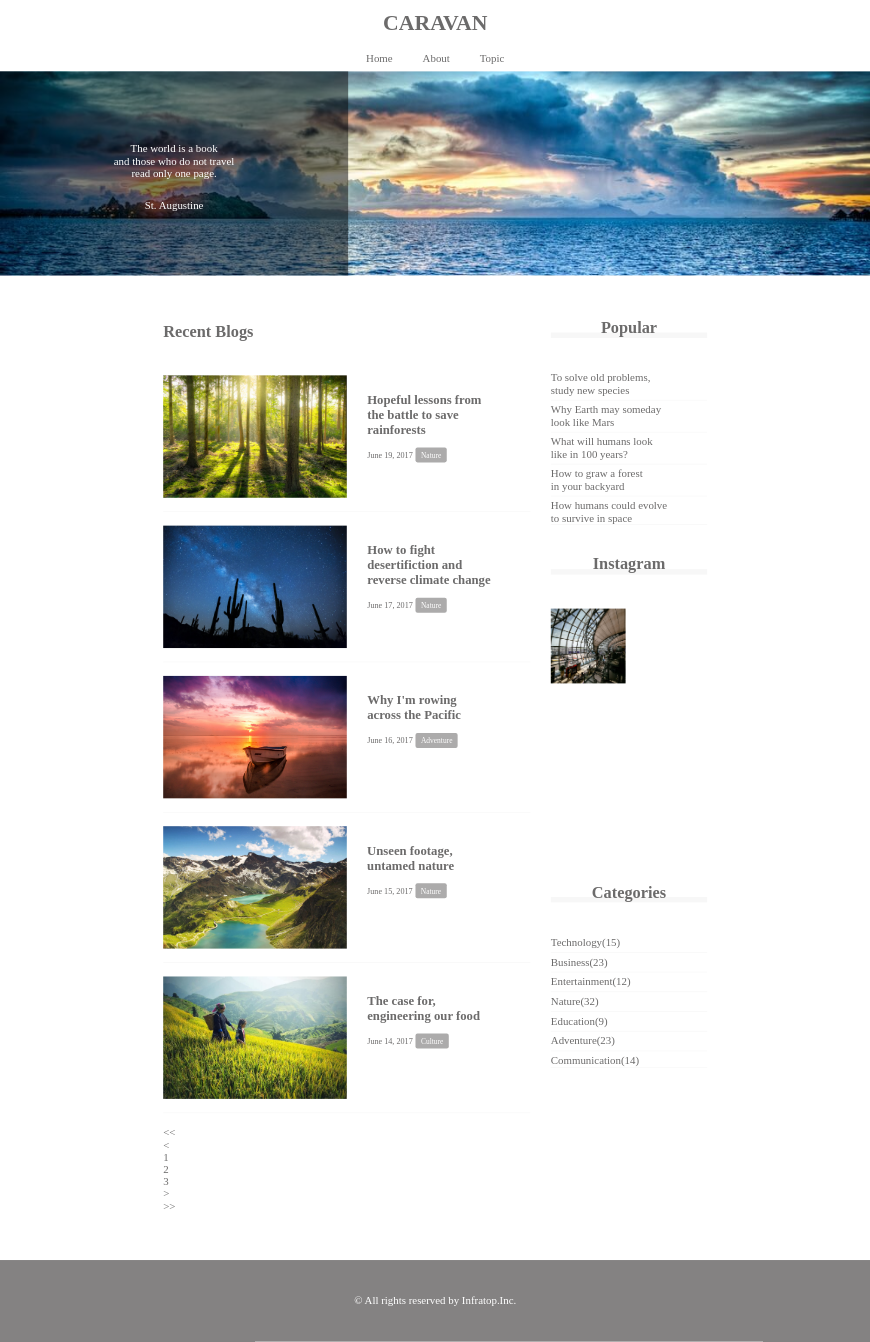
Repository: Yuya0829/HTML
Page: caravan/caravan3/index.html
The author's editor kept a record of every edit. The page is drawn from the files as they stood at one moment, then again after the next edit.
The browser window is 1280 px wide. The pictures show the whole page, at 68% of full size.

Above is the page before.

### caravan/caravan3/index.html
<!DOCTYPE html>
<html lang="ja">
  <head>
    <meta charset="UTF-8" />
    <link rel="stylesheet" href="style.css" />
    <title>CARAVAN</title>
  </head>

  <body>
    <!-- header -->
    <header>
      <h1 class="heading">
        <a href="index.html">
          CARAVAN
        </a>
      </h1>
    </header>

    <!-- navigation -->
    <nav>
      <ul class="nav-list">
        <li class="nav-list-item">
          <a href="index.html">Home</a>
        </li>
        <li class="nav-list-item">About</li>
        <li class="nav-list-item">Topic</li>
      </ul>
    </nav>

    <!-- main-visual -->
    <div class="main-visual">
      <div class="main-visual-content">
        <p class="main-visual-text">
          The world is a book<br />
          and those who do not travel<br />
          read only one page.
        </p>
        <p class="main-visual-name">
          St. Augustine
        </p>
      </div>
    </div>

    <!-- main -->
    <main>
      <section class="blog">
        <h2 class="blog-heading">Recent Blogs</h2>
        <div class="blog-box">
          <div class="blog-item">
            <img class="blog-image" src="img/forest.jpg" />
            <section class="blog-text">
              <h3 class="blog-text-heading">
               <a href="single.html">
                Hopeful lessons from<br>
                the battle to save<br>
                rainforests
              </a>
            </h3>
            <p class="blog-date">June 19, 2017</p>
            <span class="category">Nature</span>
          </section>
        </div>
          <div class="blog-item">
            <img class="blog-image" src="img/desert.jpg" />
            <section class="blog-text">
              <h3 class="blog-text-heading">
               <a href="single.html">
                How to fight<br />
                desertifiction and<br />
                reverse climate change
              </a>
            </h3>
            <p class="blog-date">June 17, 2017</p>
            <span class="category">Nature</span>
          </section>
        </div>
        <div class="blog-item">
            <img class="blog-image" src="img/sunset.jpg" />
            <section class="blog-text">
              <h3 class="blog-text-heading">
               <a href="single.html">
                Why I'm rowing<br />
                across the Pacific
              </a>
            </h3>
            <p class="blog-date">June 16, 2017</p>
            <span class="category">Adventure</span>
          </section>
        </div>
        <div class="blog-item">
            <img class="blog-image" src="img/italy.jpg" />
            <section class="blog-text">
              <h3 class="blog-text-heading">
               <a href="single.html">
                Unseen footage,<br />
                untamed nature
              </a>
            </h3>
            <p class="blog-date">June 15, 2017</p>
            <span class="category">Nature</span>
          </section>
        </div>
        <div class="blog-item">
            <img class="blog-image" src="img/asia.jpg" />
            <section class="blog-text">
              <h3 class="blog-text-heading">
               <a href="single.html">
                The case for,<br />
                engineering our food
              </a>
            </h3>
            <p class="blog-date">June 14, 2017</p>
            <span class="category">Culture</span>
          </section>
        </div>
      </div>
      <div class="pagination">
        <p><<</p>
        <p><</p>
        <p>1</p>
        <p>2</p>
        <p>3</p>
        <p>></p>
        <p>>></p>
      </div>
      </section>

      <div class="sidebar">
        <section class="popular">
          <h2 class="popular-heading common-heading">Popular</h2>
          <div class="sidebar-contents">
            <p class="popular-text">To solve old problems,<br>study new species</p>
            <p class="popular-text">Why Earth may someday<br>look like Mars</p>
            <p class="popular-text">What will humans look<br>like in 100 years?</p>
            <p class="popular-text">How to graw a forest<br>in your backyard</p>
            <p class="popular-text">How humans could evolve<br>to survive in space</p>
          </div>
        </section>
        <section class="instagram">
          <h2 class="instagram-heading common-heading">Instagram</h2>
          <div class="sidebar-contents">
            <div class="instagram-box"></div>
            <div class="instagram-box"></div>
            <div class="instagram-box"></div>
            <div class="instagram-box"></div>
            <div class="instagram-box"></div>
            <div class="instagram-box"></div>
          </div>
        </section>
        <section class="categorise">
          <h2 class="categorise-heading common-heading">Categories</h2>
          <div class="sidebar-contents">
            <p class="categorise-text">Technology(15)</p>
            <p class="categorise-text">Business(23)</p>
            <p class="categorise-text">Entertainment(12)</p>
            <p class="categorise-text">Nature(32)</p>
            <p class="categorise-text">Education(9)</p>
            <p class="categorise-text">Adventure(23)</p>
            <p class="categorise-text">Communication(14)</p>
          </div>
        </section>
      </div>
    </main>

    <!-- footer -->
    <footer>
      <p class="footer-text">© All rights reserved by Infratop.Inc.</p>
    </footer>

  </body>
</html

### caravan/caravan3/style.css
* {
  margin: 0;
  padding: 0;
  box-sizing: border-box;
  color: #6c6b6b;
}

a {
  text-decoration: none;
}

header {
  width: 90%;
  padding: 15px 0;
  margin: 0 auto;
  text-align: center
}

header .heading {
  font-size: 32px;
}

.nav-list {
  text-align: center;
  padding: 10px 0;
  margin: 0 auto;
}

.nav-list-item {
  list-style: none;
  display: inline-block;
  margin: 0 20px;
}

.main-visual {
  width: 100%;
  height: 300px;
  background-image: url(img/mv.jpg);
  background-size: cover;
  background-position: center;
}

.main-visual-content {
  width: 40%;
  height: 300px;
  background-color: rgba(0,0,0,0.5);
  text-align: center;
  padding-top: 105px;
}

.main-visual-text {
  color: #fff;
}

.main-visual-name {
  margin-top: 30px;
  color: #fff;
}
main {
  width: 800px;
  display: flex;
  justify-content: center;
  margin: 0 auto;
  padding: 70px 0;
}

.blog {
  width: 540px;
  margin-right: 30px;
}

.blog-heeading {
  border-bottom: 8px solid #f7f7f7;
  text-align: center;
  line-height: 0.6;
}

.blog-box {
  padding-top: 50px;
}


.blog-item {
  padding-bottom: 20px;
  margin-bottom: 20px;
  border-bottom: 1px solid #f7f7f7;
  display: flex;
  justify-content: flex-start;
}

.blog-image {
  height: 180px;
}

.blog-text {
  padding: 25px 0 0 30px;
}

.blog-text-heading {
  padding-bottom: 15px;
}

.blog-date {
  font-size: 12px;
  display: inline-block;
}

.category {
  display: inline-block;
  padding: 5px 8px;
  background-color: #acabab;
  border-radius: 3px;
  color: #fff;
  font-size: 11px;
}

.sidebar {
  width: 230px;
}

.common-heading {
  border-bottom: 8px solid #f7f7f7;
  text-align: center;
  line-height: 0.6;
}

.sidebar-contents {
  padding: 50px 0;
}

.popular-text,
.categorise-text {
  padding-bottom: 5px;
  border-bottom: 1px solid #f7f7f7;
  margin-bottom: 5px;
}

.popular-text:last-child,
.categorise-text:last-child {
  margin: 0;
  padding: 0;
  border; none;
}

.instagram .sidebar-contents {
  display: flex;
  flex-wrap: wrap;
}

.instagram-box {
  width: 110px;
  padding-top: 110px;
  background-size: cover;
  background-position: center;
  margin-bottom: 10px;
}

.instagram-box:nth-child(odd) {
  margin-right: 10px;
}

.instagram-box:nth-child(1) {
  background-image: url(img/airport.jpg);
}

footer {
  width: 100%;
  height: 120px;
  text-align: center;
  line-height: 120px;
  background-color: #848282;
}

.footer-text {
  color: #fff;
}

After the next edit:
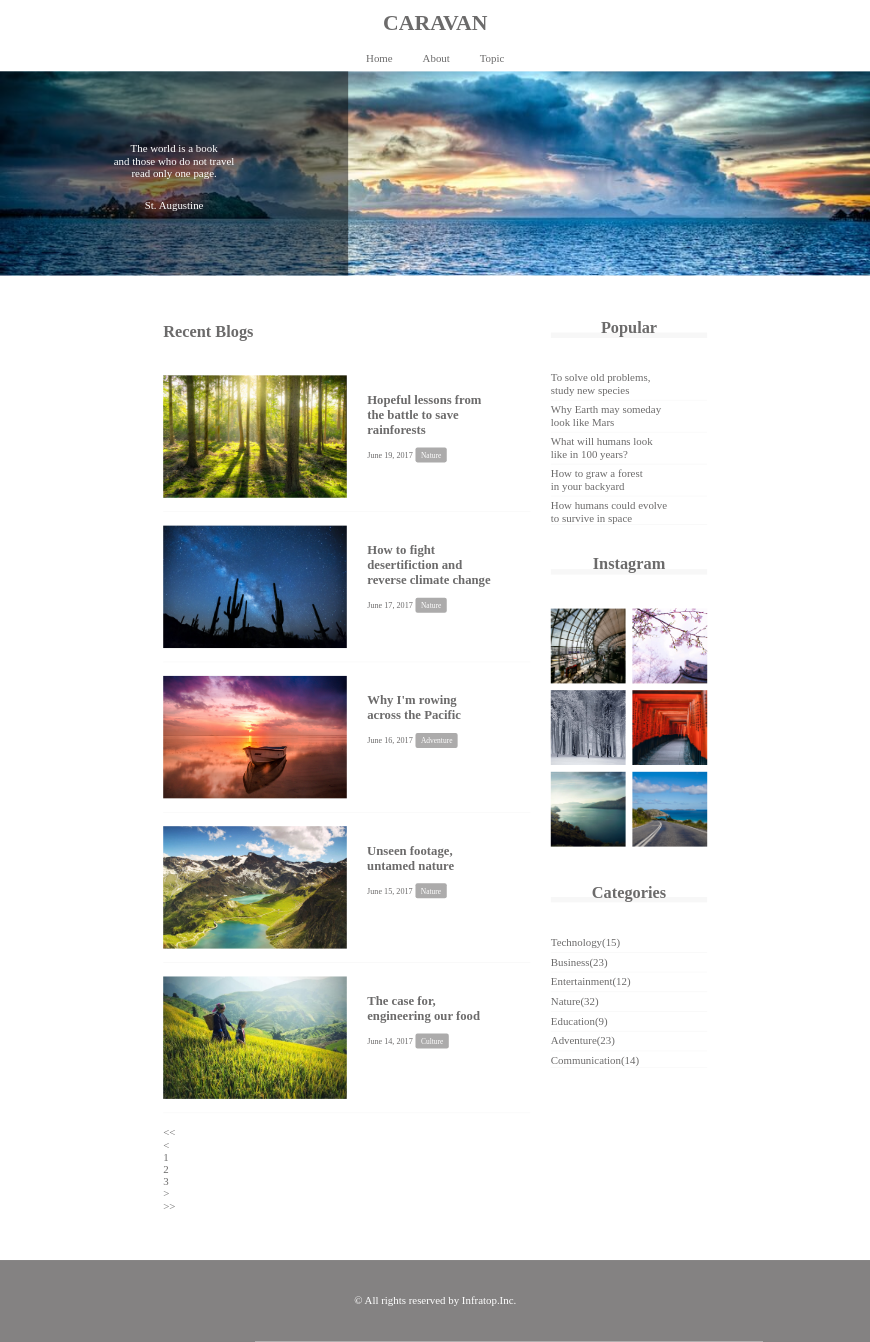
The edit:
--- a/caravan/caravan3/style.css
+++ b/caravan/caravan3/style.css
@@ -163,6 +163,26 @@
   background-image: url(img/airport.jpg);
 }
 
+.instagram-box:nth-child(2) {
+  background-image: url(img/japan.jpg);
+}
+
+.instagram-box:nth-child(3) {
+  background-image: url(img/snow.jpg);
+}
+
+.instagram-box:nth-child(4) {
+  background-image: url(img/japan2.jpg);
+}
+
+.instagram-box:nth-child(5) {
+  background-image: url(img/lake.jpg);
+}
+
+.instagram-box:nth-child(6) {
+  background-image: url(img/road.jpg);
+}
+
 footer {
   width: 100%;
   height: 120px;
